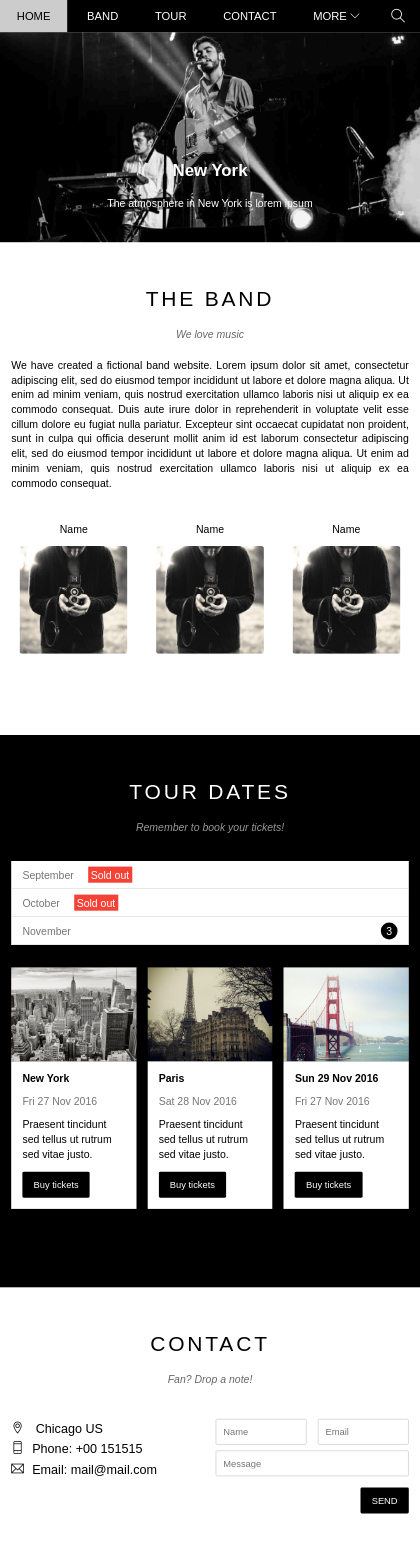
Repository: Phunobita/The-band-w3school
Page: index.html
These files come from the project's save history. The page is drawn as it stood at one moment and after the next save; the edit follows.
The browser window is 600 px wide. The pictures show the part of the page from y = 0 to 2240 px (the page is 2805 px tall), at 70% of full size.

Above is the page before, as saved 2021-12-03 21:27:08.

### index.html
<!DOCTYPE html>
<html lang="en">

<head>
    <meta charset="UTF-8">
    <meta http-equiv="X-UA-Compatible" content="IE=edge">
    <meta name="viewport" content="width=device-width, initial-scale=1.0">
    <title>The band</title>
    <link rel="stylesheet" href="./assets/fonts/themify-icons-font/themify-icons/themify-icons.css">
    <link rel="stylesheet" href="./assets/css/style.css">
    <link rel="stylesheet" href="./assets/css/responsive.css">
    <link rel="icon" href="/assets/img/hinh-anh-mua-thu-dep-nhat.jpg" type="image/x-icon" />
</head>

<body>
    <div id="main">
        <div id="header">
            <!--Begin nav-->
            <ul id="nav">
                <li><a href="#">Home</a></li>
                <li><a href="#band">Band</a></li>
                <li><a href="#tour">Tour</a></li>
                <li><a href="#contact">Contact</a></li>
                <li>
                    <a href="">
                        More
                        <i class="nav-arrow-down ti-angle-down"></i>
                    </a>
                    <ul class="subnav">
                        <li><a href="#">Merchandise</a></li>
                        <li><a href="#">Extras</a></li>
                        <li><a href="#">Media</a></li>
                    </ul>
                </li>
            </ul>
            <!--End nav-->
            <div class="search-btn">
                <i class="search-icon ti-search"></i>
            </div>
        </div>

        <div id="slider">
            <div class="text-content">
                <h2 class="heading">New York</h2>
                <div class="content">The atmosphere in New York is lorem ipsum</div>
            </div>
        </div>
        <!--About section-->
        <div id="content">
            <div id="band" class="content-section">
                <h2 class="section-heading">THE BAND</h2>
                <p class="section-sub-heading">We love music</p>
                <p class="about-text">We have created a fictional band website. Lorem ipsum dolor sit amet, consectetur
                    adipiscing elit, sed do eiusmod tempor incididunt ut labore et dolore magna aliqua. Ut enim ad minim
                    veniam, quis nostrud exercitation ullamco laboris nisi ut aliquip ex ea commodo consequat. Duis aute
                    irure dolor in reprehenderit in voluptate velit esse cillum dolore eu fugiat nulla pariatur.
                    Excepteur sint occaecat cupidatat non proident, sunt in culpa qui officia deserunt mollit anim id
                    est laborum consectetur adipiscing elit, sed do eiusmod tempor incididunt ut labore et dolore magna
                    aliqua. Ut enim ad minim veniam, quis nostrud exercitation ullamco laboris nisi ut aliquip ex ea
                    commodo consequat.</p>
                <div class=" row member-list">
                    <div class="col col-third text-center">
                        <p class="member-name">Name</p>
                        <img src="./assets/img/tv.jpg" alt="Name" class="member-img">
                    </div>
                    <div class="col col-third text-center">
                        <p class="member-name">Name</p>
                        <img src="./assets/img/tv.jpg" alt="Name" class="member-img">
                    </div>
                    <div class="col col-third text-center">
                        <p class="member-name">Name</p>
                        <img src="./assets/img/tv.jpg" alt="Name" class="member-img">
                    </div>
                </div>
            </div>

            <!--Tour section-->
            <div id="tour" class="tour__section">
                <div class="content-section">
                    <h2 class="section-heading text-white">TOUR DATES</h2>
                    <p class="section-sub-heading text-white">Remember to book your tickets!</p>

                    <ul class="ticket__list">
                        <li class="ticket__list-item">
                            September
                            <span class="sold-out">Sold out</span>
                        </li>
                        <li class="ticket__list-item">
                            October
                            <span class="sold-out">Sold out</span>
                        </li>
                        <li class="ticket__list-item">
                            November
                            <span class="quantity">3</span>
                        </li>
                    </ul>
                    <div class="row place__list">
                        <div class="col col-third ">
                            <img src="./assets/img/newyork.jpg" alt="New York" class="place__img">
                            <div class="place-body">
                                <h3 class="place-heading">New York</h3>
                                <p class="place-time">Fri 27 Nov 2016</p>
                                <p class="place-description">Praesent tincidunt sed tellus ut rutrum sed vitae justo.
                                </p>
                                <button href="#" class="btn js-buy-ticket">Buy tickets</button>
                            </div>
                        </div>
                        <div class="col col-third ">
                            <img src="./assets/img/paris.jpg" alt="New York" class="place__img">
                            <div class="place-body">
                                <h3 class="place-heading">Paris</h3>
                                <p class="place-time">Sat 28 Nov 2016</p>
                                <p class="place-description">Praesent tincidunt sed tellus ut rutrum sed vitae justo.
                                </p>
                                <button href="#" class="btn js-buy-ticket">Buy tickets</button>
                            </div>
                        </div>
                        <div class="col col-third ">
                            <img src="./assets/img/sanfran.jpg" alt="New York" class="place__img">
                            <div class="place-body">
                                <h3 class="place-heading">Sun 29 Nov 2016</h3>
                                <p class="place-time">Fri 27 Nov 2016</p>
                                <p class="place-description">Praesent tincidunt sed tellus ut rutrum sed vitae justo.
                                </p>
                                <button href="#" class="btn js-buy-ticket">Buy tickets</button>
                            </div>
                        </div>
                    </div>
                </div>
            </div>
            <!--Contact section-->
            <div id="contact" class="content-section">
                <h2 class="section-heading">CONTACT</h2>
                <p class="section-sub-heading">Fan? Drop a note!</p>

                <div class="row contact-content">
                    <div class="col col-half contact-info">
                        <p><i class="contact-icon ti-location-pin"></i> Chicago US</p>
                        <p><i class="contact-icon ti-mobile"></i>Phone: +00 151515</p>
                        <p><i class="contact-icon ti-email"></i>Email: mail@mail.com</p>
                    </div>
                    <div class="col col-half contact-form">
                        <form action="">
                            <div class="row">
                                <div class="col col-half">
                                    <input type="text" name="" required id="" class="form-control" placeholder="Name">
                                </div>
                                <div class="col col-half">
                                    <input type="email" name="" required id="" class="form-control" placeholder="Email">
                                </div>
                            </div>
                            <div class="row mt-8">
                                <div class="col col-full">
                                    <input type="" name="" required id="" class="form-control" placeholder="Message">
                                </div>
                            </div>
                            <input class="btn pull-right mt-16" type="submit" value="SEND">
                        </form>
                    </div>
                </div>
            </div>

            <div class="map-section">
                <img src="/assets/img/map (1).jpg" alt="">

            </div>

            <div id="footer">
                <div class="social-list">
                    <a href=""><i class="ti-facebook"></i></a>
                    <a href=""><i class="ti-instagram"></i></a>
                    <a href=""><i class="ti-youtube"></i></a>
                    <a href=""><i class="ti-pinterest"></i></a>
                    <a href=""><i class="ti-twitter"></i></a>
                    <a href=""><i class="ti-linkedin"></i></a>
                </div>
                <p class="copyright">Powered by <a href="">w3.css</a></p>
            </div>
        </div>

        <div class="modal js-modal">
            <div class="modal-container js-modal-container">
                <div class="modal-close js-modal-close">
                    <i class="ti-close"></i>
                </div>

                <header class="modal-header">
                    <i class="modal-heading-icon ti-bag"></i>
                    Tickets
                </header>

                <div class="modal-body">
                    <label for="ticket-quantity" class="modal-label">
                        <i class="ti-shopping-cart"></i>
                        Tickets, $15 per person
                    </label>
                    <input id="ticket-quantity" type="text" class="modal-input" placeholder="How many?">

                    <label for="ticket-email" class="modal-label">
                        <i class="ti-user"></i>
                        Send To
                    </label>
                    <input id="ticket-email" type="email" class="modal-input" placeholder="Enter email">
                    <button id="buy-ticket">
                        Pay <i class="ti-check"></i>
                    </button>
                </div>
                <footer class="modal-footer">
                    <p class="modal-help">Need <a href="">help?</a></p>
                </footer>
            </div>
        </div>
    </div>

    <script>
        const buyBtns = document.querySelectorAll('.js-buy-ticket')
        const modal = document.querySelector('.js-modal')
        const modalContainer = document.querySelector('.js-modal-container')
        const modalClose = document.querySelector('.js-modal-close')

        function showBuyTickets() {
            modal.classList.add('open')
        }

        function hideBuyTickets() {
            modal.classList.remove('open')
        }

        for (const buyBtn of buyBtns) {
            buyBtn.addEventListener('click', showBuyTickets)
        }

        modalClose.addEventListener('click', hideBuyTickets)
        modal.addEventListener('click', hideBuyTickets)
        modalContainer.addEventListener('click', function (event) {
            event.stopPropagation()
        }
        )
    </script>
</body>

</html>

### assets/css/style.css
* {
  padding: 0;
  margin: 0;
  box-sizing: border-box;
}
html {
  scroll-behavior: smooth;
  font-family: Arial, Helvetica, sans-serif;
}
/*
1.vi tri
2. kich thuoc
3.Mau sac
4. Hinh dang
*/
.clear {
  clear: both;
}

.text-white {
  color: #fff !important;
}

.text-center {
  text-align: center !important;
}

.pull-right {
  float: right;
}
.row {
  margin-left: -8px;
  margin-right: -8px;
}
.row::after {
  content: "";
  display: block;
  clear: both;
}

.col {
  float: left;
  padding-left: 8px;
  padding-right: 8px;
}

.col-full {
  width: 100%;
}

.col-half {
  width: 50%;
}
.col-third {
  width: 33.3333%;
}

.mt-8 {
  margin-top: 8px !important;
}

.mt-16 {
  margin-top: 16px !important;
}

.btn {
  display: inline-block;
  background-color: black;
  border: none;
  color: #fff;
  text-decoration: none;
  padding: 11px 16px;
  margin-top: 15px;
  border-radius: 2px;
  cursor: pointer;
}
.btn:hover {
  color: #000;
  background-color: #ccc;
}
#main {
}
#header {
  height: 46px;
  background-color: black;
  position: fixed;
  top: 0;
  left: 0;
  right: 0;
  z-index: 1;
}
#nav {
  display: inline-block;
}
#nav,
.subnav {
  list-style-type: none;
}
#nav > li > a {
  color: #fff;
  text-transform: uppercase;
}
#nav li a {
  text-decoration: none;
  line-height: 46px;
  padding: 0 24px;
  display: block;
}
#nav > li:hover > a,
#nav .subnav li:hover a {
  color: black;
  background-color: #ccc;
}
#nav li:hover .subnav {
  display: block;
}
#nav > li {
  display: inline-block;
  position: relative;
}
#nav .nav-arrow-down {
  font-size: 14px;
}
#nav .subnav {
  display: none;
  min-width: 160px;
  position: absolute;
  top: 100%;
  background-color: white;
  box-shadow: 0 0 10px rgba(0, 0, 0, 0.3);
}
#nav .subnav a {
  color: black;
  padding: 0 12px;
  line-height: 38px;
}
#header .search-btn {
  float: right;
  padding: 0 21px;
  cursor: pointer;
}
#header .search-icon {
  color: #fff;
  font-size: 20px;
  line-height: 46px;
}
#header .search-btn:hover {
  background-color: #f44336;
}
#slider {
  margin-top: 46px;
  padding-top: 50%;
  position: relative;
  background: url("/assets/img/slider1.jpg") top center / cover no-repeat;
}

#slider .text-content {
  position: absolute;
  bottom: 47px;
  color: white;
  width: 100%;
  text-align: center;
}
#silder .heading {
  font-weight: 500px;
  font-size: 24px;
}
#slider .content {
  font-size: 15px;
  margin-top: 25px;
}
#content {
}
#content .content-section {
  padding: 64px 0 112px;
  width: 800px;
  max-width: 100%;
  margin-left: auto;
  margin-right: auto;
  padding-left: 16px;
  padding-right: 16px;
}
#content .section-heading {
  font-size: 30px;
  font-weight: 500;
  text-align: center;
  letter-spacing: 4px;
}
#content .section-sub-heading {
  font-size: 15px;
  text-align: center;
  margin-top: 25px;
  font-style: italic;
  opacity: 0.6;
}
#content .about-text {
  margin-top: 25px;
  text-align: justify;
  line-height: 1.4;
  font-size: 15px;
}

#content .member-list {
  margin-top: 48px;
}
#content .member-name {
  font-size: 15px;
  margin-bottom: 15px;
}
#content .member-img {
  width: 154px;
  border-radius: 4px;
}

/* Tour section */
.tour__section {
  background-color: #000;
}

.ticket__list {
  background-color: #fff;
  margin-top: 40px;
  list-style: none;
}
.ticket__list-item {
  color: #757575;
  font-size: 15px;
  padding: 11px 16px;
  border-bottom: 1px solid #ddd;
}
.ticket__list .sold-out {
  color: #fff;
  background-color: #f44336;
  padding: 3px 4px;
  margin-left: 16px;
}
.ticket__list .quantity {
  float: right;
  width: 24px;
  height: 24px;
  background-color: #000;
  color: #fff;
  border-radius: 50%;
  text-align: center;
  line-height: 24px;
  margin-top: -3px;
}

/*  Place body*/
.place__list {
  margin-top: 32px;
}

.place__img {
  width: 100%;
  display: block;
}
.place__img:hover {
  opacity: 0.7;
}
.place-body {
  background-color: #fff;
  padding: 16px;
  font-size: 15px;
}
.place-heading {
  font-size: 15px;
  font-weight: 600;
}
.place-time {
  margin-top: 15px;
  color: #757575;
}
.place-description {
  margin-top: 15px;
  line-height: 1.4;
}

/* Modal */
.modal {
  position: fixed;
  top: 0;
  left: 0;
  bottom: 0;
  right: 0;
  background-color: rgba(0, 0, 0, 0.4);
  align-items: center;
  justify-content: center;
  display: none;
}
.modal.open {
  display: flex;
}
.modal-container {
  background-color: #fff;
  width: 900px;
  max-width: calc(100% - 32px);
  min-height: 200px;
  position: relative;
  animation: modalFadeIn ease 0.5s;
}
.modal-header {
  background-color: #009688;
  height: 130px;
  display: flex;
  align-items: center;
  justify-content: center;
  font-size: 30px;
  color: #fff;
}
.modal-heading-icon {
  margin-right: 16px;
}
.modal-close {
  position: absolute;
  right: 0;
  top: 0;
  padding: 16px;
  cursor: pointer;
  color: #fff;
}
.modal-close:hover {
  background-color: #ccc;
}
.modal-body {
  padding: 16px;
}

.modal-label {
  display: block;
  font-size: 15px;
  margin-bottom: 12px;
}

.modal-input {
  border: 1px solid #ccc;
  font-size: 15px;
  width: 100%;
  padding: 10px;
  margin-bottom: 24px;
}
#buy-ticket {
  background-color: #009688;
  border: none;
  width: 100%;
  padding: 18px;
  font-size: 15px;
  color: #fff;
  text-transform: uppercase;
  font-weight: 700;
  cursor: pointer;
}
#buy-ticket:hover {
  opacity: 0.8;
}

.modal-footer {
  padding: 16px;
  text-align: right;
}
.modal-help a {
  color: #2196f3;
}

/* Contact form */
.contact-content {
  margin-top: 48px;
}

.contact-info {
  font-size: 18px;
  line-height: 1.6;
}

.contact-icon {
  display: inline-block;
  width: 30px;
}

.contact-form {
  font-size: 15px;
}

.contact-form .form-control {
  padding: 10px;
  border: 1px solid #ccc;
  width: 100%;
  outline: border 1px solid;
}
.contact-form input {
  border-radius: 2px;
}
/* map section */
.map-section img {
  width: 100%;
}

#footer {
  padding: 64px 16px;
  text-align: center;
}

#footer .social-list {
  font-size: 24px;
}
#footer .social-list a {
  color: rgba(0, 0, 0, 0.6);
  text-decoration: none;
}
#footer .copyright a:hover,
#footer .social-list a :hover {
  color: rgba(0, 0, 0, 0.4);
}

#footer .copyright {
  margin-top: 15px;
  color: rgba(0, 0, 0, 0.6);
}
#footer .copyright a {
  color: rgba(0, 0, 0, 0.6);
}
@keyframes modalFadeIn {
  from {
    opacity: 0;
    transform: translateY(-150px);
  }
  to {
    opacity: 1;
    transform: translateY(0);
  }
}

### assets/css/responsive.css
@media (max-width: 1024px) {
}

@media (min-width: 740px) and (max-width: 1023px) {
}

@media (max-width: 740px) {
}

Loaded but not shown: assets/fonts/themify-icons-font/themify-icons/themify-icons.css (common file)

After the next save:
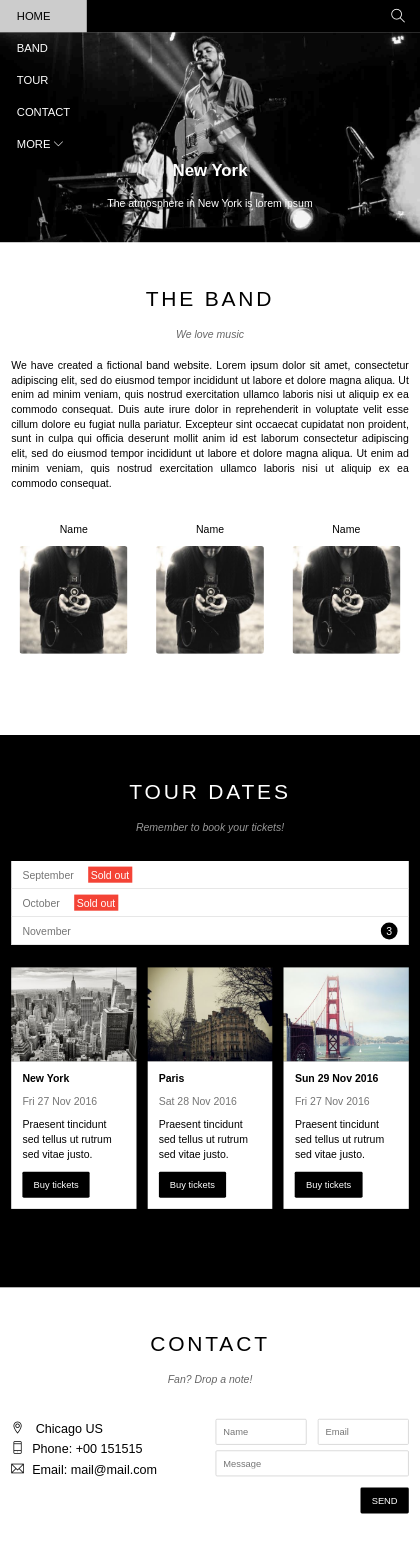
Saved 2 min 53 s later.
--- a/assets/css/responsive.css
+++ b/assets/css/responsive.css
@@ -5,4 +5,7 @@
 }
 
 @media (max-width: 740px) {
+  #nav > li {
+    display: block;
+  }
 }
